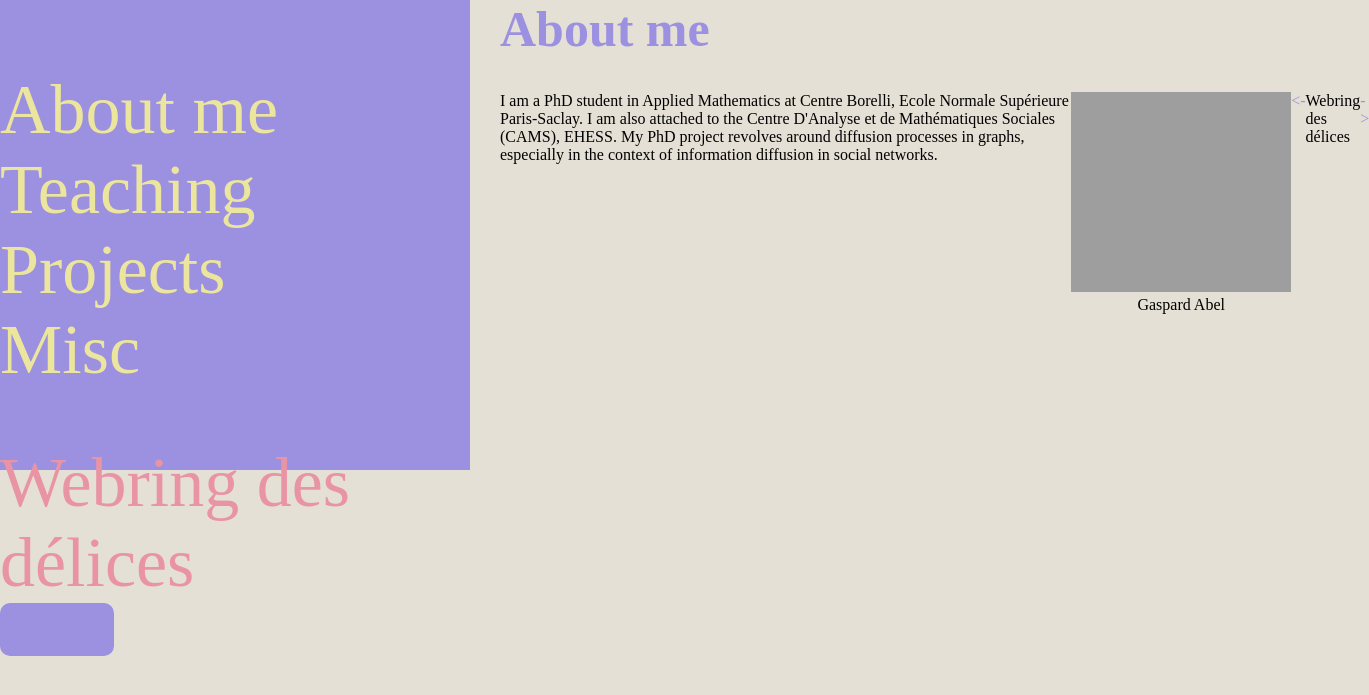
Repository: gaetanserre/gas-abel.github.io
Page: .vscode/gas-abel.github.io/index.html
An editor plug-in stored every save of this project. The page is shown before and after the next save, followed by the edit.
The browser window is 1280 px wide. The page is 1369 px wide, then 1280 px, so the pictures cover 1369 px, including what lies to the right of the window. The pictures show the whole page.
Pictures or frames that could not be fetched are drawn as grey boxes. Some web fonts or font styles are not loaded; a fallback is used.

Above is the page before, as saved 2025-06-29 19:37:22.

After the next save:
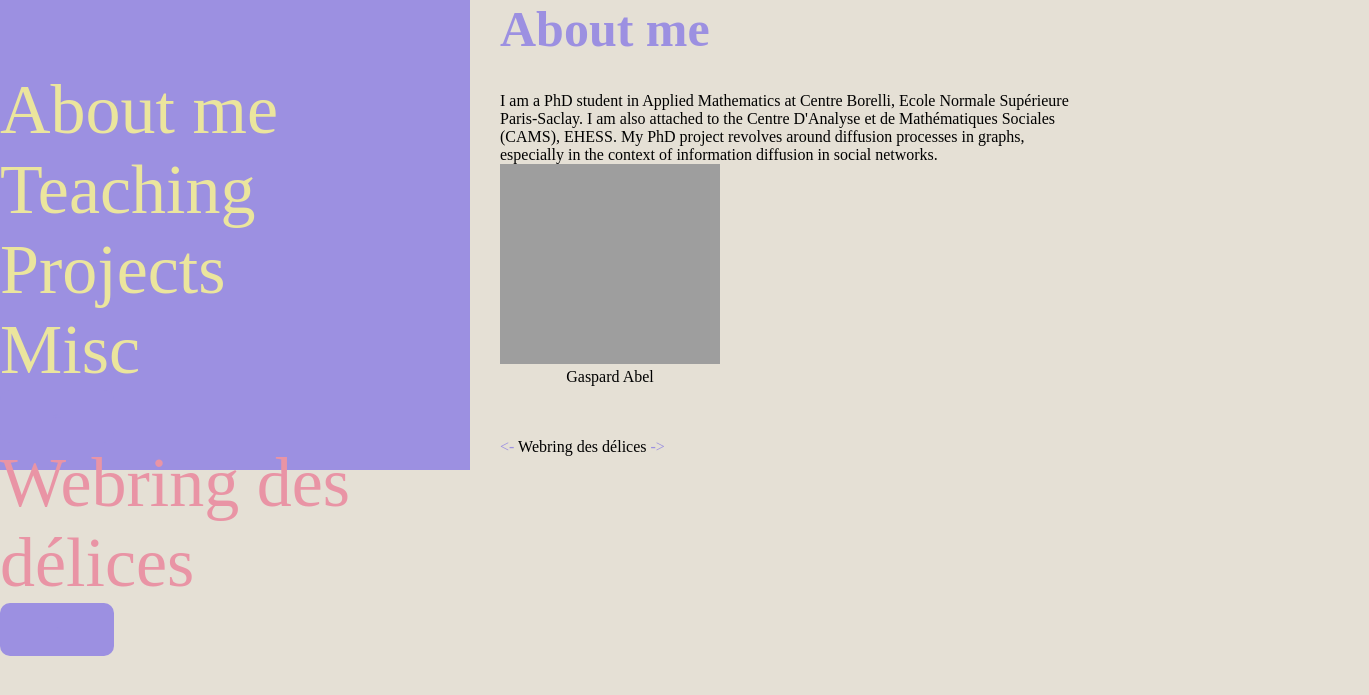
Saved 2 min 19 s later.
--- a/.vscode/gas-abel.github.io/index.html
+++ b/.vscode/gas-abel.github.io/index.html
@@ -20,6 +20,9 @@
             <div id="left">I am a PhD student in Applied Mathematics at Centre Borelli, Ecole Normale Supérieure Paris-Saclay. I am also attached to the Centre D'Analyse et de Mathématiques Sociales (CAMS), EHESS.
                 My PhD project revolves around diffusion processes in graphs, especially in the context of information diffusion in social networks. <br>
             </div>
+
+            </div>
+
             <div id="right">
                 <figure style="display: inline-block; margin: 0;">
                     <img src="/images/Dessin_gaspard.JPG" alt="Gaspard Abel" width="220" height="200" >
@@ -31,8 +34,8 @@
 
             </p>
             <br>
-            <br><a href="https://debauss.art/"> <-</a> Webring des délices <a href="https://www.gaetanserre.fr/"> -></a>
+            <br>
+            <div id="footnote"> <a href="https://debauss.art/"> <-</a> Webring des délices <a href="https://www.gaetanserre.fr/"> -></a>
 
-            </div>
     </body>
 </html>
